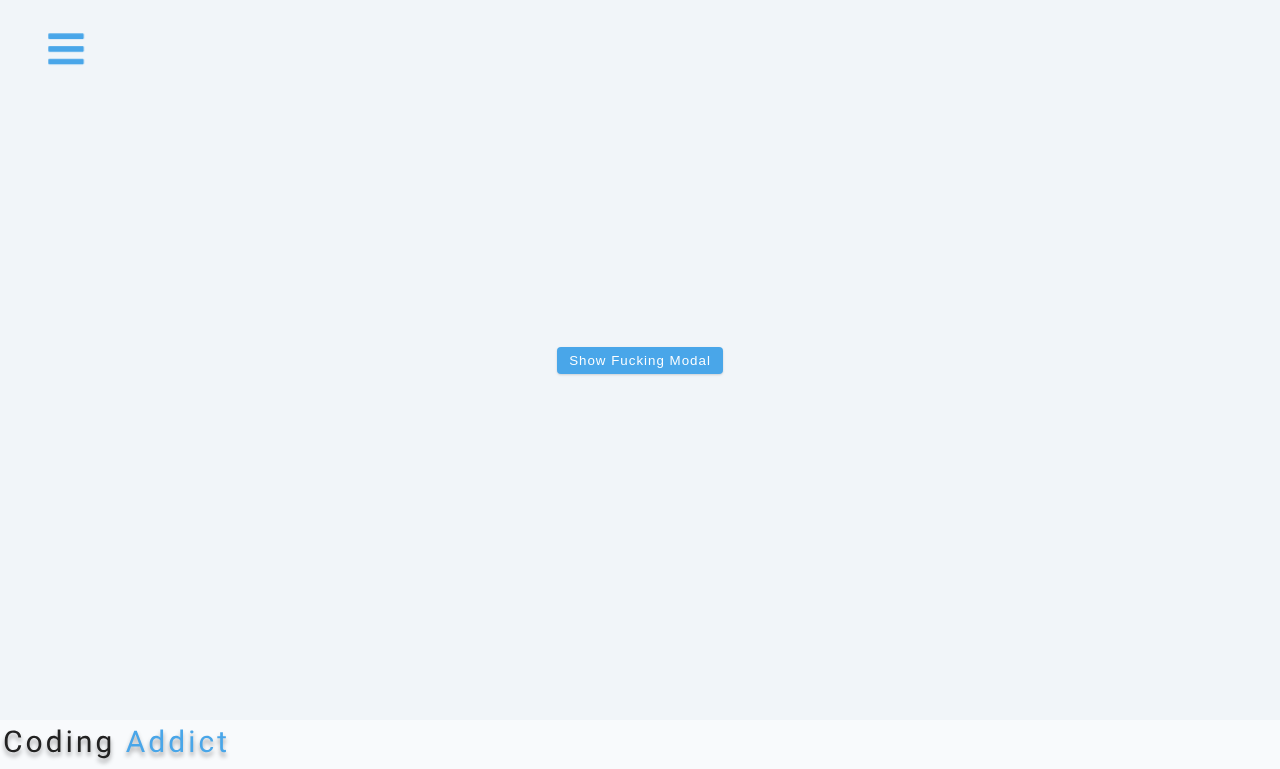
Repository: Maryie-B/React-Practice-Projects
Page: / (app in Sidebar/)
An editor plug-in stored every save of this project. The page is shown before and after the next save, followed by the edit.
The browser window is 1280 px wide. The pictures show the whole page.
The project was rebuilt for these pictures with package versions that can differ from the ones it lists, and the page was loaded fresh each time. Also part of the build but not shown: Sidebar/vite.config.js.

Above is the page before, as saved 2023-06-13 11:22:19.

After the next save:
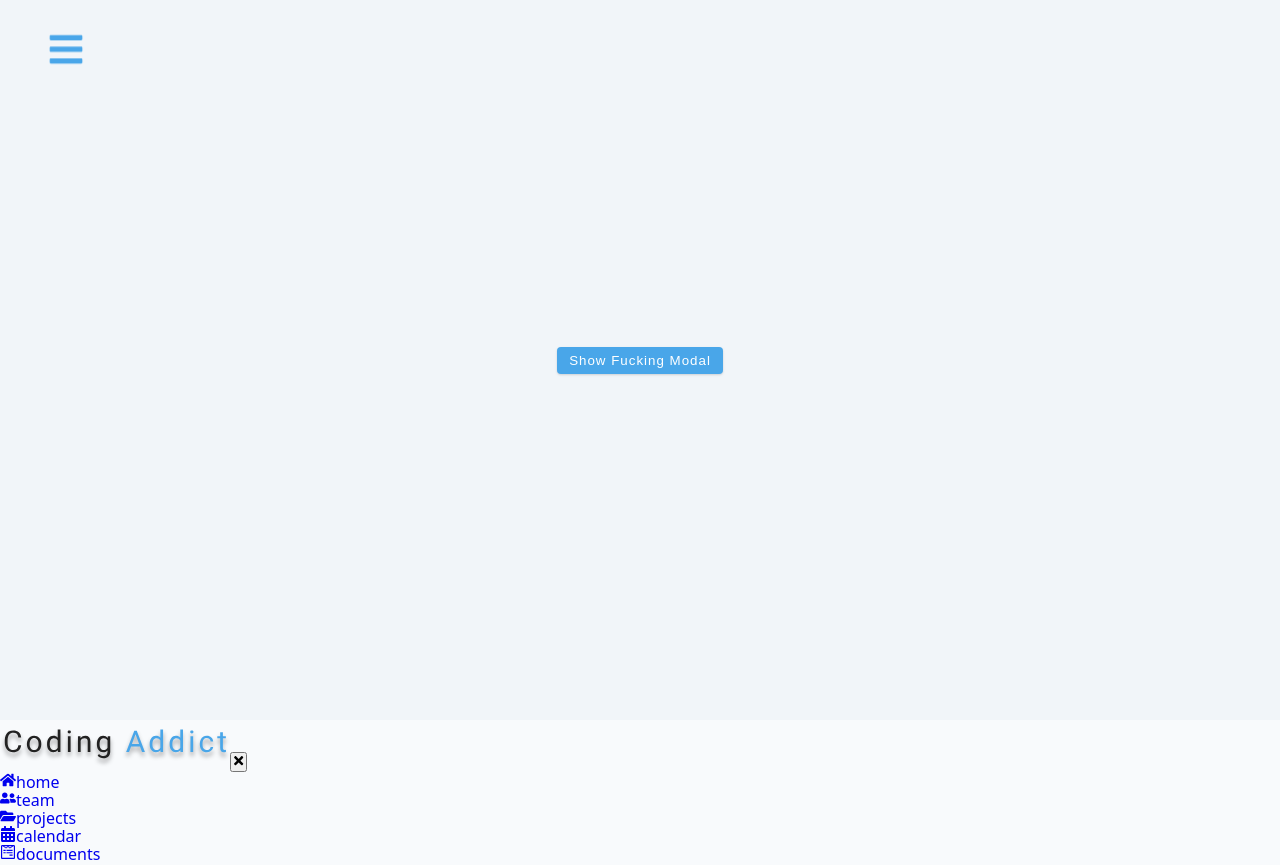
Saved 3 min 27 s later.
--- a/Sidebar/src/Sidebar.jsx
+++ b/Sidebar/src/Sidebar.jsx
@@ -8,8 +8,24 @@
   return (
     <aside className='sidebar'>
       <div className="sidebar-header">
-        <img src={logo} alt="logo" />
+        <img src={logo} alt="logo" className='logo' />
+        <button className="close-btn" onClick={closeSidebar}>
+            <FaTimes />
+        </button>
       </div>
+      <ul className="links">
+        {links.map((link) => {
+            const { id, url, text, icon } = link;
+            return (
+                <li key={id}>
+                    <a href={url}>
+                        {icon}
+                        {text}
+                    </a>
+                </li>
+            );
+        })}
+      </ul>
     </aside>
   )
 }
